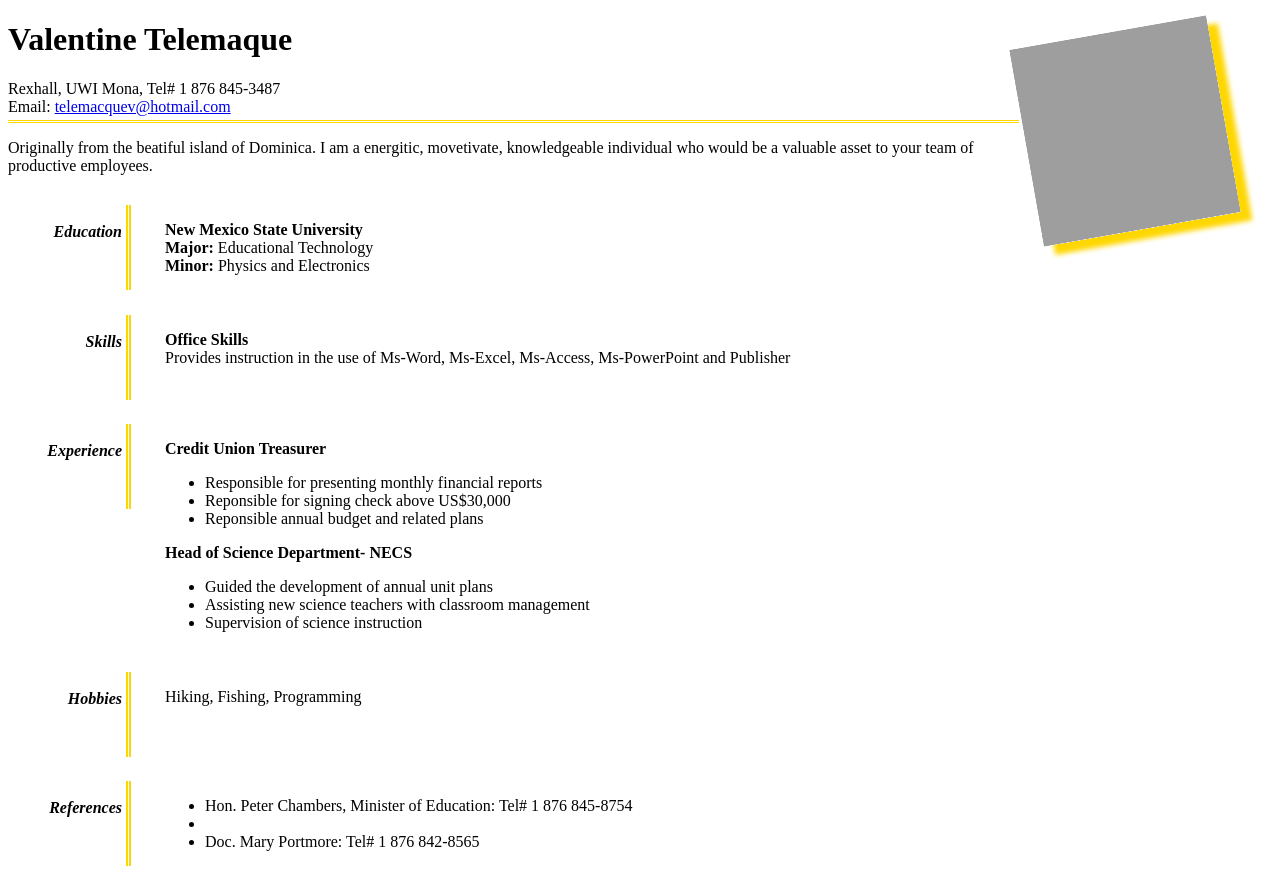
Repository: telemacquev/resume
Page: index.html
The author's editor kept a record of every edit. The page is drawn from the files as they stood at one moment, then again after the next edit.
The browser window is 1280 px wide. The pictures show the whole page.
The pointer rests on the first visible `a`.
Pictures or frames that could not be fetched are drawn as grey boxes.

Above is the page before.

After the next edit:
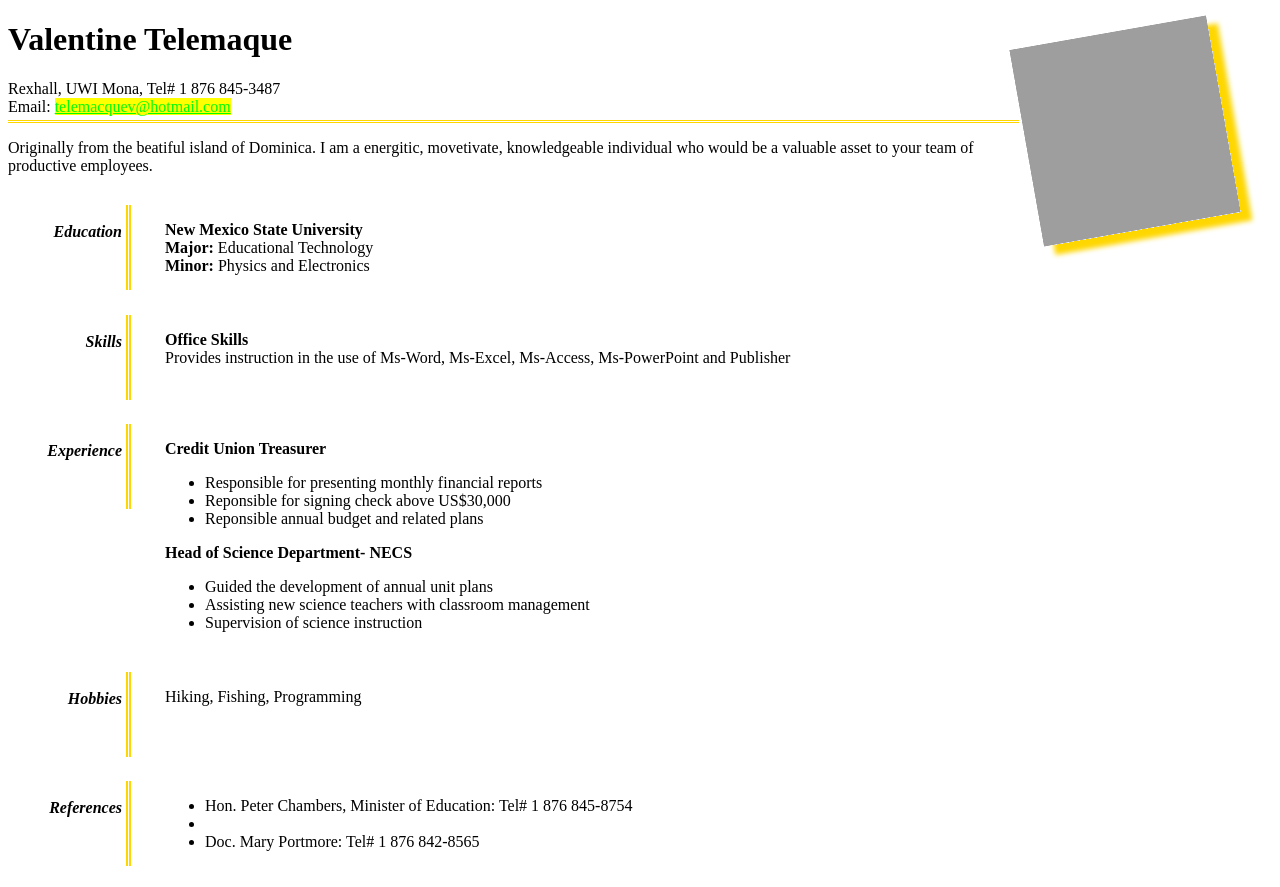
The edit:
--- a/stylesheet.css
+++ b/stylesheet.css
@@ -71,3 +71,10 @@ span {
     font-weight: bold;
     font-size:100%;
 }
+
+
+a:hover {
+ background-color:yellow;
+ color:#00FF00;
+}
+}
